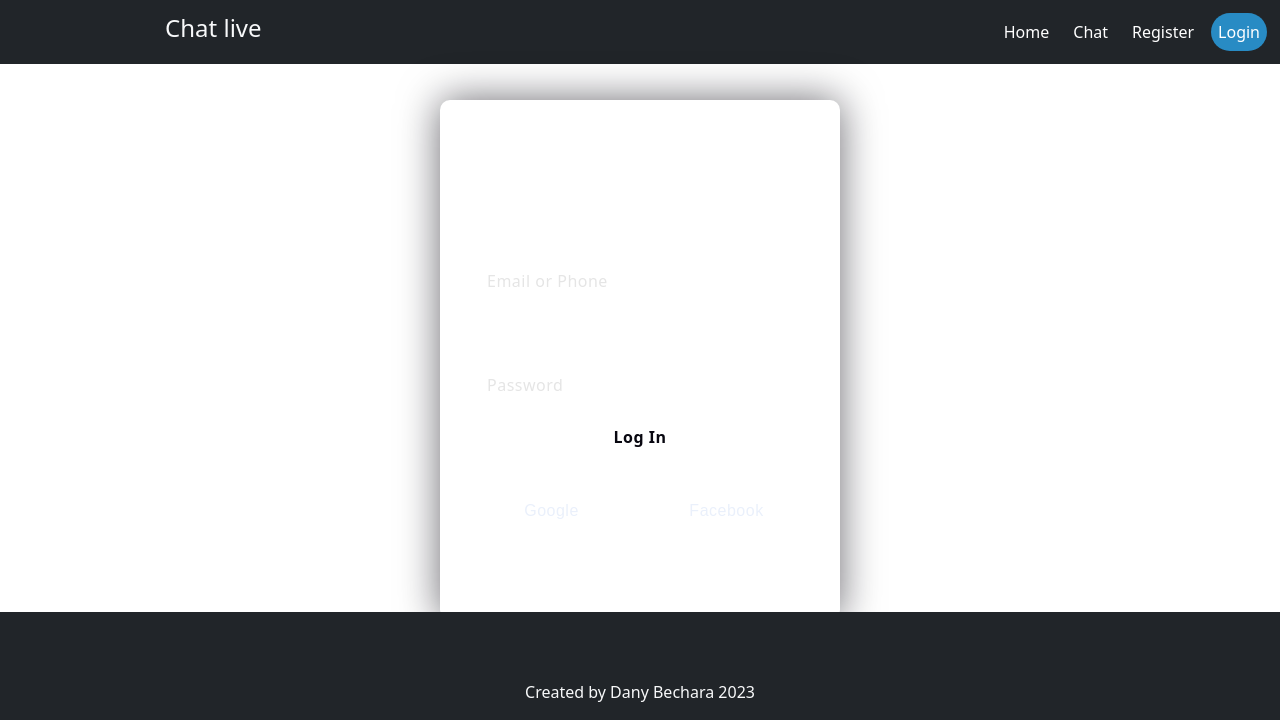
Repository: bechara611/chatv2
Page: /login
These files come from the project's save history. The page is drawn as it stood at one moment and after the next save; the edit follows.
The browser window is 1280 px wide. The pictures show the whole page.
The project was rebuilt for these pictures with package versions that can differ from the ones it lists, and the page was loaded fresh each time. Also part of the build but not shown: src/index.css, src/auth/components/register.jsx, src/ui/components/Home.jsx.

Above is the page before, as saved 2023-03-03 10:08:55.

### src/index.js
import React from 'react';
import ReactDOM from 'react-dom/client';
import './index.css';
import App from './App';
import { BrowserRouter } from 'react-router-dom';
import 'bootstrap/dist/css/bootstrap.min.css'
import 'bootstrap/dist/js/bootstrap.bundle.js'

const root = ReactDOM.createRoot(document.getElementById('root'));
root.render(
  <BrowserRouter>
    <App />
    </BrowserRouter>
);

### src/App.js
import React from 'react'
import { Rutas } from './Router/Routes';
import { Header } from './ui/components/Header';
import './App.css'
import { Footer } from './ui/components/Footer';
const App = () => {
  return (
    <>
      <div className="contenedor-completo">
        <Header></Header>
        <Rutas></Rutas>
       <Footer></Footer>

      </div>
    </>
  )
}
export default App;

### src/Router/Routes.jsx
import React from 'react'
import { Navigate, Route, Routes } from 'react-router-dom'
import { Login } from '../auth/components/login'
import { Register } from '../auth/components/register'
import { Home } from '../ui/components/Home'

export const Rutas = () => {

    return (

        <Routes>
            <Route path='/' element={<Home></Home>}></Route>
            <Route path='/login' element={<Login></Login>}></Route>
            <Route path='/register' element={<Register></Register>}></Route>
            <Route path='/chat' element={<h1>chat</h1>}></Route>
            <Route path='/*' element={<Navigate to={'/'}></Navigate>}></Route>
        </Routes>

    )
}

### src/ui/components/Header.jsx
import React from 'react'
import { NavLink } from 'react-router-dom'
import './Header.css'
export const Header = () => {
  return (
    <>

      <div className=" bg-dark contenedor-header col-12">
        <div className="titulo-header col-sm-4 col-12">
          <h4 className='text-light'>Chat live</h4>

        </div>
        <div className="col-sm-8 col-12  contenedor-menu">
          <nav className=' m-2 nav'>

            <NavLink className={ ({isActive}) => `item-menu  ${ isActive ? 'activeLink':'' }` } to={'/'} >Home</NavLink>
            <NavLink className={ ({isActive}) => `item-menu  ${ isActive ? 'activeLink':'' }` } to={'/chat'} >Chat</NavLink>
            <NavLink className={ ({isActive}) => `item-menu  ${ isActive ? 'activeLink':'' }` } to={'/register'} >Register</NavLink>
            <NavLink className={ ({isActive}) => `item-menu  ${ isActive ? 'activeLink':'' }` } to={'/login'} >Login</NavLink>
            </nav>
        </div>




      </div>
    </>

  )
}

### src/App.css
.contenedor-completo{
    min-height: 100vh;
   position: relative;
}

### src/ui/components/Footer.jsx
import React from 'react'
import './Footer.css'


let linkdn="https://linkedin.com/in/DanyBechara";
let correo="mailto:bechara611@gmail.com";
let blank='_blank';
let github='https://github.com/bechara611';
let whatssap='https://wa.me/584120361952';

export const Footer = () => {
  return (
    <>
      {/*Aca este footer le estamos colocando una posicion absolute y a su padre relativa para poder ubicarlo al final de su div padre */}
      <div className="footer col-12 mt-5 pt-1 bg-dark">
      <a href={linkdn} target={blank} className='animate__animated animate__lightSpeedInLeft'><i className=" linkdin fa-brands fa-linkedin iconoRedes"></i></a>
      <a href={whatssap} target={blank}  className='animate__animated animate__lightSpeedInLeft'><i className="whatssap fa-brands fa-whatsapp iconoRedes"></i></a>
      <a href={correo} target={blank}  className='animate__animated animate__lightSpeedInLeft'><i className="gmail fa-solid  fa-envelope iconoRedes"></i></a>
      <a href={github} target={blank}  className='  animate__animated animate__lightSpeedInLeft'><i className=" github fa-brands fa-github iconoRedes"></i></a>

     <div className="col-12 contenedor-mensaje-footer mt-1">
     <div className="col-12 contenedor-mensaje-footer">
     <p className='mensaje text-light'>Created by Dany Bechara {new Date().getFullYear().toString()}</p>
     </div>

     </div>
      </div>
    </>

  )
}

### src/auth/components/login.jsx
import React from 'react'
import './login.css'
export const Login = () => {
    return (
        <>

            <form>
                <h3>Login Here</h3>

                <label htmlFor="username">Username</label>
                <input type="text" placeholder="Email or Phone" id="username"></input>

                <label htmlFor="password">Password</label>
                <input type="password" placeholder="Password" id="password"></input>

                <button>Log In</button>
                <div className="social">
                    <div className="go"><i className="fab fa-google"></i>  Google</div>
                    <div className="fb"><i className="fab fa-facebook"></i>  Facebook</div>
                </div>
            </form>

        </>
    )
}

### src/ui/components/Header.css
.contenedor-header{
    display: flex;
    flex-direction: row;
    flex-wrap: wrap;
}
.titulo-header{
    text-align: center;
    padding: 5px;
    display: flex;
    flex-direction: row;
    justify-content: center;
    align-items: center;
    align-self: center;
}
.contenedor-menu{
    display: flex;
    flex-direction: row;
    flex-wrap: nowrap;
    justify-content: flex-end;

}
.item-menu{
   margin: 5px;
   text-decoration: none;
   color: white;
  transition: all 1s ease;
   padding: 7px;
   border-radius: 20px;
}
.activeLink{
    background: rgb(40, 139, 196);
}
.item-menu:hover{
    text-decoration: none;
    background: rgb(40, 139, 196);
    color: white;
}

@media(max-width:577px){
.contenedor-menu{
        justify-content: center;
        text-align: center;
        align-self: center;
        align-items: center;
        flex-wrap: nowrap;
    }
    .nav{
        justify-content: center;
        text-align: center;
        align-self: center;
        align-items: center;
        flex-wrap: nowrap;
    }
    .item-menu{
    padding: 0px;
    }
}

### src/ui/components/Footer.css
.footer {

    background: #e5e5e5;
    position: absolute;
    bottom: 0%;
    display: flex;
    flex-direction: row;
    justify-content: center;
    text-align: center;
    align-items: center;
    justify-items: center;
    flex-wrap: wrap;

}


.iconoRedes {
    font-size: 40px;
    padding-left: 10px;
    margin: 5px;

}

.github:hover {
    color: #4b3074;

}
.github{
    color: #6e5494;
}

.whatssap:hover {
    color: #0c903c;
}
.whatssap{
    color: #25d366;

}

.gmail:hover {
    color: #e65f5f;
}

.gmail{
    color: #cc0000;
}

.linkdin:hover {
    color: #0780ac;
}

.linkdin{
    color: #0377a1;
}

.contenedor-mensaje-footer {
    display: flex;
    flex-direction: row;
    justify-content: center;
    text-align: center;
    align-items: center;
    justify-items: center;
}

/*?RESPONSIVE*/

@media(max-width:255px) {
    .iconoRedes {
        font-size: 30px;
        padding-left: 5px;
    }

    .mensaje {
        font-size: 10px;
    }
}

### src/auth/components/login.css
*,
*:before,
*:after{
    padding: 0;
    margin: 0;
    box-sizing: border-box;
}


form{
    height: 520px;
    width: 400px;
    background-color: rgba(255,255,255,1);
    position: absolute;
    transform: translate(-50%,-50%);
    top: 50%;
    left: 50%;
    border-radius: 10px;
    backdrop-filter: blur(10px);
    border: 2px solid rgba(255,255,255,0.1);
    box-shadow: 0 0 40px rgba(8,7,16,0.6);
    padding: 50px 35px;
}
form *{
    font-family: 'Poppins',sans-serif;
    color: #ffffff;
    letter-spacing: 0.5px;
    outline: none;
    border: none;
}
form h3{
    font-size: 32px;
    font-weight: 500;
    line-height: 42px;
    text-align: center;
}

label{
    display: block;
    margin-top: 30px;
    font-size: 16px;
    font-weight: 500;
}
input{
    display: block;
    height: 50px;
    width: 100%;
    background-color: rgba(255,255,255,0.07);
    border-radius: 3px;
    padding: 0 10px;
    margin-top: 8px;
    font-size: 14px;
    font-weight: 300;
}
::placeholder{
    color: #e5e5e5;
}
button{
    margin-top: 50px;
    width: 100%;
    background-color: #ffffff;
    color: #080710;
    padding: 15px 0;
    font-size: 18px;
    font-weight: 600;
    border-radius: 5px;
    cursor: pointer;
}
.social{
  margin-top: 30px;
  display: flex;
}
.social div{
  background: red;
  width: 150px;
  border-radius: 3px;
  padding: 5px 10px 10px 5px;
  background-color: rgba(255,255,255,0.27);
  color: #eaf0fb;
  text-align: center;
}
.social div:hover{
  background-color: rgba(255,255,255,0.47);
}
.social .fb{
  margin-left: 25px;
}
.social i{
  margin-right: 4px;
}

After the next save:
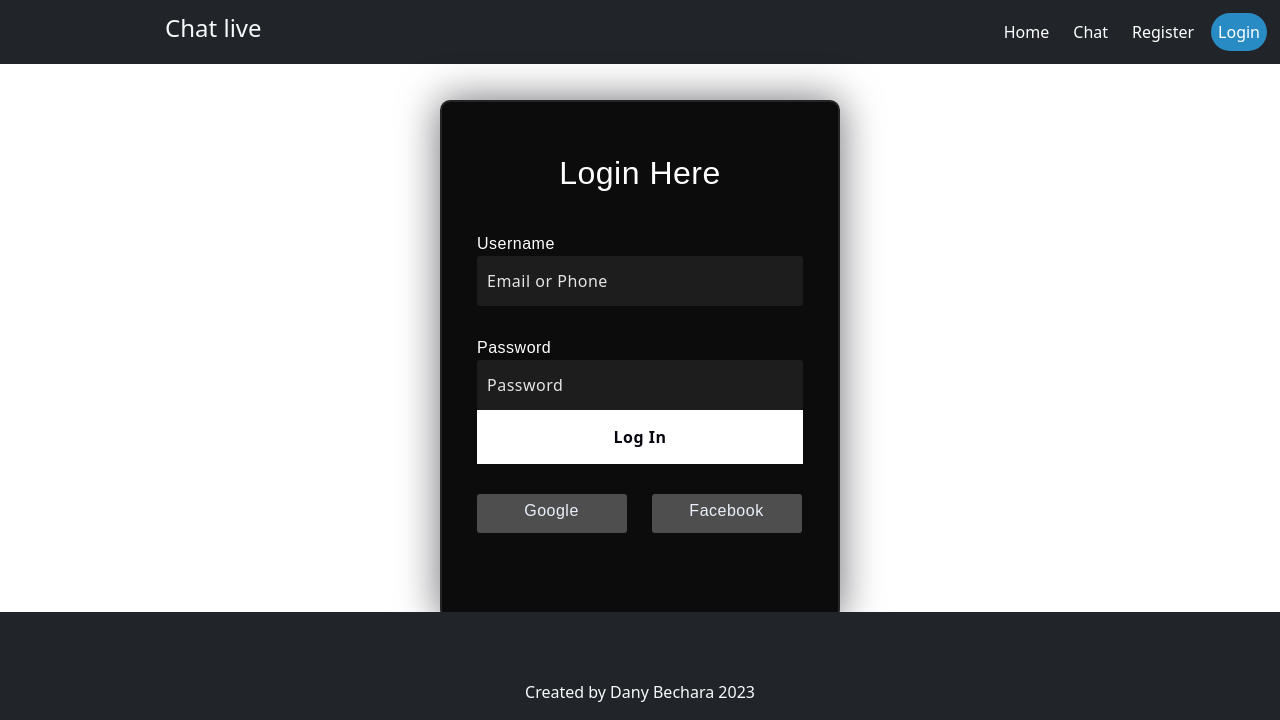
Saved 6 s later.
--- a/src/auth/components/login.css
+++ b/src/auth/components/login.css
@@ -10,7 +10,7 @@
 form{
     height: 520px;
     width: 400px;
-    background-color: rgba(255,255,255,1);
+    background-color: rgb(13, 12, 12);
     position: absolute;
     transform: translate(-50%,-50%);
     top: 50%;

After the save that followed:
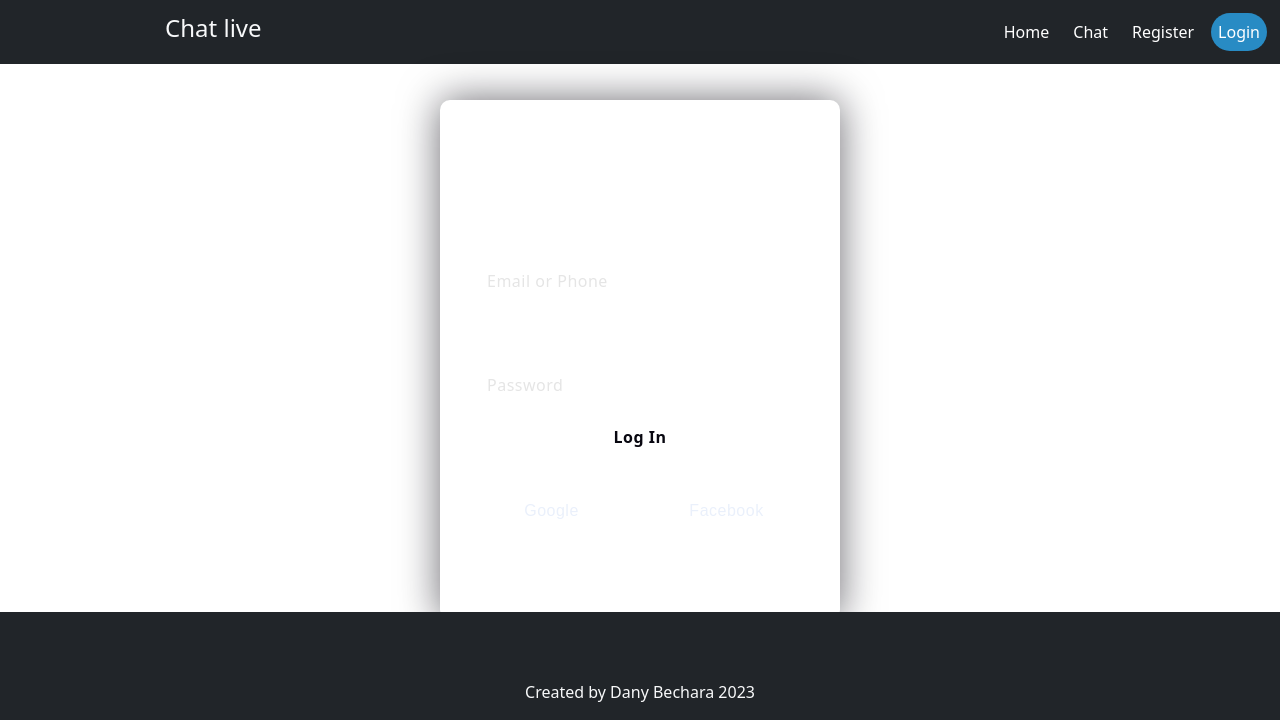
Saved 4 s later.
--- a/src/auth/components/login.css
+++ b/src/auth/components/login.css
@@ -10,7 +10,7 @@
 form{
     height: 520px;
     width: 400px;
-    background-color: rgb(13, 12, 12);
+    background-color: rgba(255,255,255,1);
     position: absolute;
     transform: translate(-50%,-50%);
     top: 50%;
